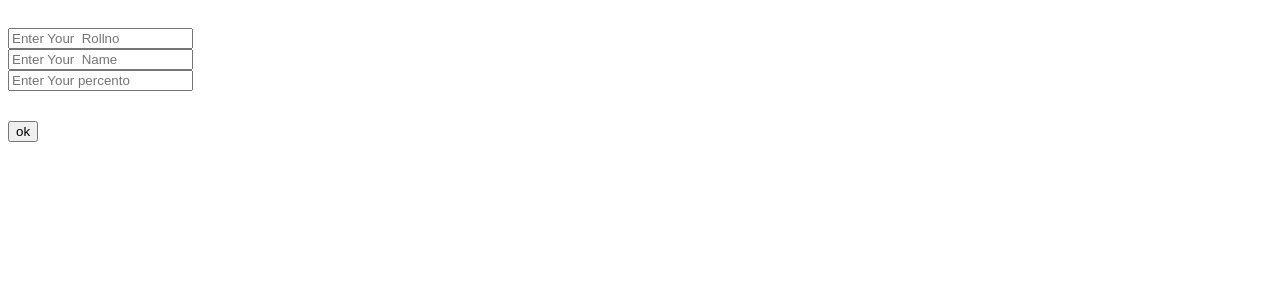
Repository: yogesh8rajput/web_hibernate
Page: http://localhost/web_hiberr/Update.jsp
An editor plug-in stored every save of this project. The page is shown before and after the next save, followed by the edit.
The browser window is 1280 px wide. The pictures show the whole page.
The page is served by Tomcat 10.

Above is the page before, as saved 2024-11-12 10:10:26.

After the next save:
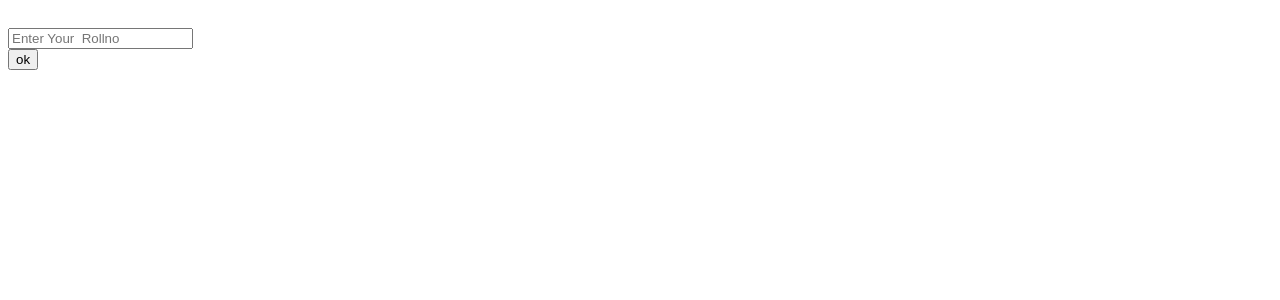
Saved 9 min 21 s later.
--- a/web_hiberr/src/main/webapp/Update.jsp
+++ b/web_hiberr/src/main/webapp/Update.jsp
@@ -11,10 +11,6 @@
 <pre>
 
 <input type="text" name="id" placeholder="Enter Your  Rollno">
-<input type="text" name="name" placeholder="Enter Your  Name">
-<input type="text" name="percent" placeholder="Enter Your percento">
-
-
 <input type="submit" value="ok">
 
 
